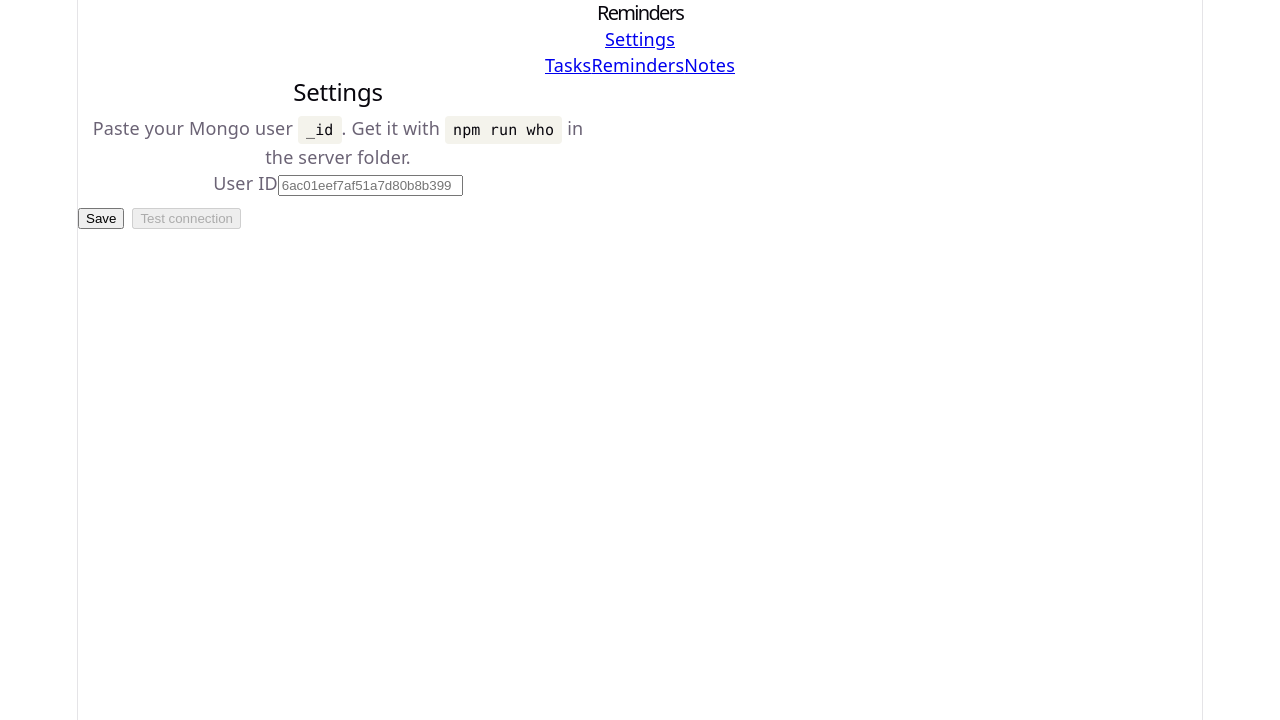
Repository: bilalarshad-1/whatsapp_reminder-system
Page: /settings (app in client/)
An editor plug-in stored every save of this project. The page is shown before and after a run of saves, followed by the edit.
The browser window is 1280 px wide. The pictures show the whole page.
The project was rebuilt for these pictures with package versions that can differ from the ones it lists, and the page was loaded fresh each time. Also part of the build but not shown: client/vite.config.js, client/src/components/StatusBadge.jsx, client/src/components/EmptyState.jsx, client/src/components/Loading.jsx, client/src/pages/Tasks.jsx, client/src/pages/Reminders.jsx, client/src/pages/Notes.jsx.

Above is the page before, as saved 2026-10-05 18:41:38.

### client/index.html
<!doctype html>
<html lang="en">
  <head>
    <meta charset="UTF-8" />
    <link rel="icon" type="image/svg+xml" href="/favicon.svg" />
    <meta name="viewport" content="width=device-width, initial-scale=1.0" />
    <title>client</title>
  </head>
  <body>
    <div id="root"></div>
    <script type="module" src="/src/main.jsx"></script>
  </body>
</html>

### client/src/App.jsx
import { NavLink, Navigate, Route, Routes } from 'react-router-dom';
import Tasks from './pages/Tasks.jsx';
import Reminders from './pages/Reminders.jsx';
import Notes from './pages/Notes.jsx';
import Settings from './pages/Settings.jsx';


export default function App() {
  return (
    <div className="app">
      <div className="header">
        <h1 style={{ margin: 0, fontSize: 20 }}>Reminders</h1>
        <NavLink to="/settings" className="item-meta">
          Settings
        </NavLink>
      </div>

      <nav className="tabs">
        <NavLink to="/tasks"     className={({ isActive }) => isActive ? 'active' : ''}>Tasks</NavLink>
        <NavLink to="/reminders" className={({ isActive }) => isActive ? 'active' : ''}>Reminders</NavLink>
        <NavLink to="/notes"     className={({ isActive }) => isActive ? 'active' : ''}>Notes</NavLink>
      </nav>

      <Routes>
        <Route path="/" element={<Navigate to="/tasks" replace />} />
        <Route path="/tasks"     element={<Tasks />} />
        <Route path="/reminders" element={<Reminders />} />
        <Route path="/notes"     element={<Notes />} />
        <Route path="/settings"  element={<Settings />} />
        <Route path="*" element={<div className="empty">Page not found</div>} />
      </Routes>
    </div>
  );
}

### client/src/index.css
:root {
  --text: #6b6375;
  --text-h: #08060d;
  --bg: #fff;
  --border: #e5e4e7;
  --code-bg: #f4f3ec;
  --accent: #aa3bff;
  --accent-bg: rgba(170, 59, 255, 0.1);
  --accent-border: rgba(170, 59, 255, 0.5);
  --social-bg: rgba(244, 243, 236, 0.5);
  --shadow:
    rgba(0, 0, 0, 0.1) 0 10px 15px -3px, rgba(0, 0, 0, 0.05) 0 4px 6px -2px;

  --sans: system-ui, 'Segoe UI', Roboto, sans-serif;
  --heading: system-ui, 'Segoe UI', Roboto, sans-serif;
  --mono: ui-monospace, Consolas, monospace;

  font: 18px/145% var(--sans);
  letter-spacing: 0.18px;
  color-scheme: light dark;
  color: var(--text);
  background: var(--bg);
  font-synthesis: none;
  text-rendering: optimizeLegibility;
  -webkit-font-smoothing: antialiased;
  -moz-osx-font-smoothing: grayscale;

  @media (max-width: 1024px) {
    font-size: 16px;
  }
}

@media (prefers-color-scheme: dark) {
  :root {
    --text: #9ca3af;
    --text-h: #f3f4f6;
    --bg: #16171d;
    --border: #2e303a;
    --code-bg: #1f2028;
    --accent: #c084fc;
    --accent-bg: rgba(192, 132, 252, 0.15);
    --accent-border: rgba(192, 132, 252, 0.5);
    --social-bg: rgba(47, 48, 58, 0.5);
    --shadow:
      rgba(0, 0, 0, 0.4) 0 10px 15px -3px, rgba(0, 0, 0, 0.25) 0 4px 6px -2px;
  }

  #social .button-icon {
    filter: invert(1) brightness(2);
  }
}

body {
  margin: 0;
}

#root {
  width: 1126px;
  max-width: 100%;
  margin: 0 auto;
  text-align: center;
  border-inline: 1px solid var(--border);
  min-height: 100svh;
  display: flex;
  flex-direction: column;
  box-sizing: border-box;
}

h1,
h2 {
  font-family: var(--heading);
  font-weight: 500;
  color: var(--text-h);
}

h1 {
  font-size: 56px;
  letter-spacing: -1.68px;
  margin: 32px 0;
  @media (max-width: 1024px) {
    font-size: 36px;
    margin: 20px 0;
  }
}
h2 {
  font-size: 24px;
  line-height: 118%;
  letter-spacing: -0.24px;
  margin: 0 0 8px;
  @media (max-width: 1024px) {
    font-size: 20px;
  }
}
p {
  margin: 0;
}

code,
.counter {
  font-family: var(--mono);
  display: inline-flex;
  border-radius: 4px;
  color: var(--text-h);
}

code {
  font-size: 15px;
  line-height: 135%;
  padding: 4px 8px;
  background: var(--code-bg);
}

### client/src/pages/Settings.jsx
import { useEffect, useState } from 'react';
import api from '../api';

export default function Settings() {
  const [userId, setUserId] = useState(localStorage.getItem('userId') || '');
  const [check, setCheck] = useState(null);
  const [busy, setBusy] = useState(false);

  const save = () => {
    if (userId.trim()) {
      localStorage.setItem('userId', userId.trim());
    } else {
      localStorage.removeItem('userId');
    }
    setCheck(null);
  };

  const test = async () => {
    setBusy(true);
    setCheck(null);
    try {
      // hit any protected endpoint; /api/tasks returns 200 for valid user
      await api.get('/tasks');
      setCheck({ ok: true, msg: 'Connection OK — user recognised.' });
    } catch (e) {
      setCheck({ ok: false, msg: e.message });
    } finally {
      setBusy(false);
    }
  };

  useEffect(() => { save(); /* persist on mount in case localStorage empty */ }, []);

  return (
    <div className="card" style={{ maxWidth: 520 }}>
      <h2 style={{ marginTop: 0 }}>Settings</h2>
      <p className="item-meta">
        Paste your Mongo user <code>_id</code>. Get it with <code>npm run who</code> in the server folder.
      </p>

      <label>User ID</label>
      <input
        value={userId}
        onChange={(e) => setUserId(e.target.value)}
        placeholder="6ac01eef7af51a7d80b8b399"
      />

      <div style={{ display: 'flex', gap: 8, marginTop: 12 }}>
        <button onClick={save}>Save</button>
        <button className="secondary" onClick={test} disabled={busy || !userId}>
          {busy ? 'Testing…' : 'Test connection'}
        </button>
      </div>

      {check && (
        <div
          className="item-meta"
          style={{ marginTop: 12, color: check.ok ? '#166534' : '#991b1b' }}
        >
          {check.msg}
        </div>
      )}
    </div>
  );
}

### client/src/api.js
import axios from 'axios';

const api = axios.create({
  baseURL: import.meta.env.VITE_API_URL || 'http://localhost:4000/api',
  timeout: 15000,
});

// Attach x-user-id on every request
api.interceptors.request.use((config) => {
  const userId = localStorage.getItem('userId');
  if (userId) config.headers['x-user-id'] = userId;
  return config;
});

// Unwrap server errors into a consistent shape
api.interceptors.response.use(
  (res) => res,
  (err) => {
    const message =
      err.response?.data?.error ||
      err.response?.data?.message ||
      err.message ||
      'Request failed';
    return Promise.reject(new Error(message));
  }
);

export default api;

Loaded but not shown: client/src/main.jsx (common file)

After the next 2 saves:
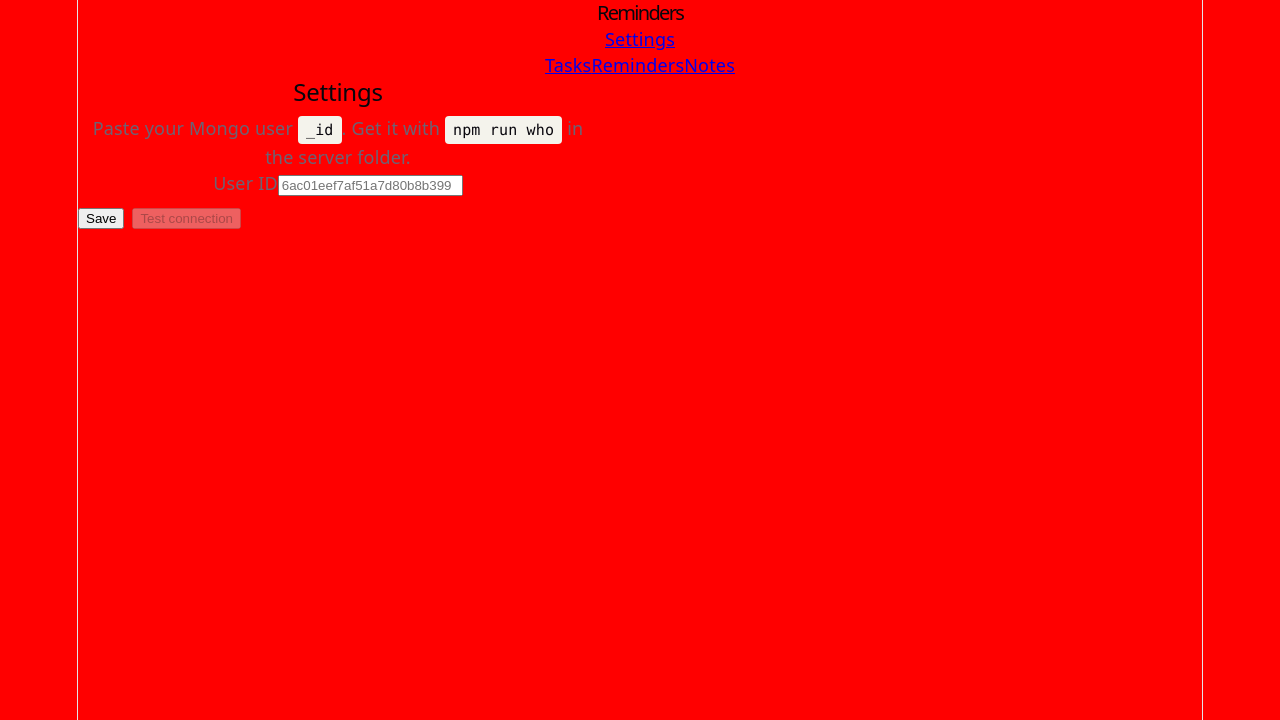
The 2 saves are shown as one change because they came seconds apart.
The last was saved 2 min 49 s later.
--- a/client/src/index.css
+++ b/client/src/index.css
@@ -1,3 +1,6 @@
+body {
+  background: red;
+}
 :root {
   --text: #6b6375;
   --text-h: #08060d;
